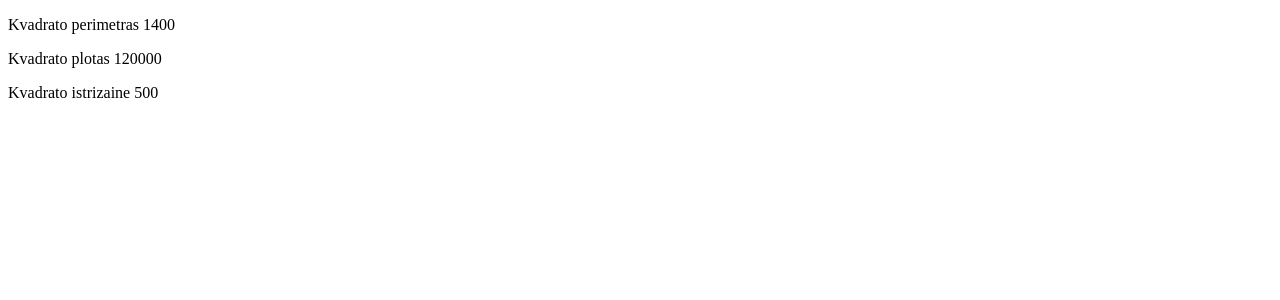
Repository: motiejus1/10-paskaita-JS
Page: index.html
These files come from the project's save history. The page is drawn as it stood at one moment and after a run of saves; the edit follows.
The browser window is 1280 px wide. The pictures show the whole page.

Above is the page before, as saved 2021-06-22 11:33:38.

### index.html
<!DOCTYPE html>
<html lang="en">
<head>
    <meta charset="UTF-8">
    <meta http-equiv="X-UA-Compatible" content="IE=edge">
    <meta name="viewport" content="width=device-width, initial-scale=1.0">
    <title>10 paskaita</title>

    <style>
        .container div:nth-child(even) {
            background-color: blue;
        }

        .keturkampis {
            /* width: 300px; */
            /* height: 400px; */
            background-color: red;
        }




    </style>


</head>
<body>

    <div class="container">

    </div>

    <p id="kvadrato-perimetras"></p>
    <p id="kvadrato-plotas"></p>
    <p id="kvadrato-istrizaine"></p>

    <div class="keturkampis">

    </div>




    <script src="script.js"></script>
    <script src="script1.js"></script>
</body>
</html>

### script.js
"use strict";

// 2. Susikurti objektų masyvą:
// * Masyve 100 objekto elementų.
// * Objekto vidiniai kintamieji: id, vardas.
// * Vardas reikšmė = vardas1,vardas2 ir t.t.
// * Id reikšmė = 1, 2 ir t.t.


// Papildomai:
// Pagal sukurtą obejktų masyvą, sukurti tiek pat div elementų, kuriuose išvedamas id ir vardas. Kas antras div - mėlynas.

let masyvas = [];

for (let i=0; i<100; i++) {
    let objektas = {
        id: i+1,
        vardas: "vardas"+(i+1)
    };
    masyvas[i]=objektas; // i => objekta

    // let div = document.createElement("div");
    // div.innerHTML = objektas.id + " " + objektas.vardas;
    // document.querySelector(".container").appendChild(div);

    // console.log(Object.keys(objektas));
}

console.log(masyvas);

### script1.js
"use script";

// 3. Susikurti objektą "Keturkampis".
// Objektas turi priimti du kintamuosius: a ir b kraštines.
// Sukurti du metodus, kurie skaičiuoja kvadrato plotą, perimetrą, įstrižainės ilgį.
// Informaciją išvesti į <p> žymę.

// Papildoma: a ir b kintamieji apibrežia kvadratą pikseliais. Pagal įvestas reikšmes į input, HTML nubraižomas kvadrato objektas.

let kvadratas = {
    a: 300,
    b: 400,

    plotasPerimetras: function() {

        let plotas;
        let perimetras;

        plotas = this.a * this.b;
        perimetras= 2 * this.a + 2 * this.b;

        return [plotas, perimetras]
    },

    istrizaine: function() {
        let ilgis;
        ilgis = Math.sqrt(this.a * this.a + this.b * this.b );
        return ilgis;
    },

};

console.log('-------------------------------------------------');
console.log(kvadratas.plotasPerimetras());
console.log(kvadratas.istrizaine());

document.getElementById("kvadrato-perimetras").innerText = "Kvadrato perimetras " +  kvadratas.plotasPerimetras()[1];
document.getElementById("kvadrato-plotas").innerText ="Kvadrato plotas " + kvadratas.plotasPerimetras()[0];
document.getElementById("kvadrato-istrizaine").innerText = "Kvadrato istrizaine " + kvadratas.istrizaine();

After the next 2 saves:
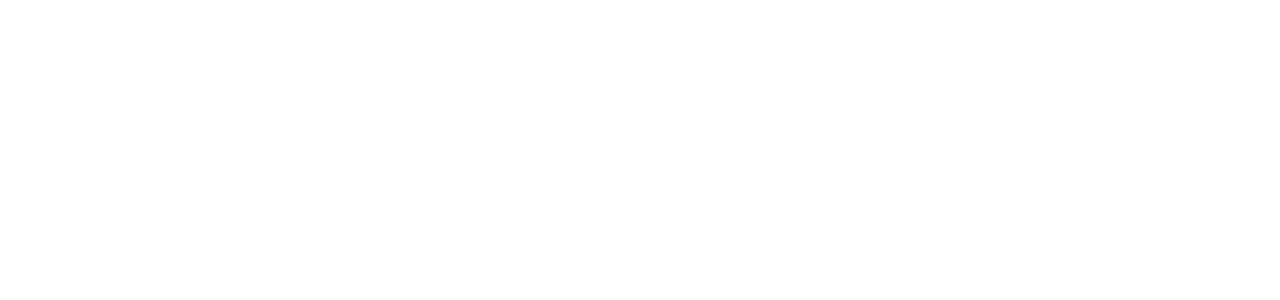
Console error: ReferenceError: nubrezk is not defined
The 2 saves are shown as one change because they came seconds apart.
The last was saved 12 s later.
--- a/script1.js
+++ b/script1.js
@@ -28,6 +28,8 @@
         return ilgis;
     },
 
+    nubrezk
+
 };
 
 console.log('-------------------------------------------------');

After the save that followed:
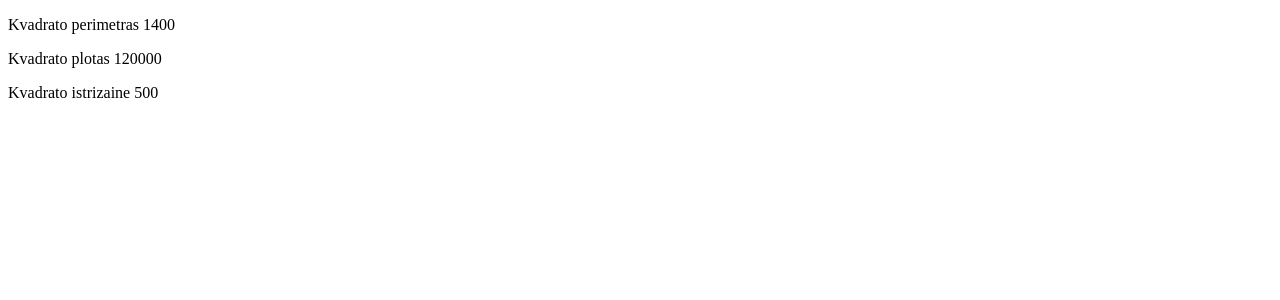
The error is gone.
Saved 11 s later.
--- a/script1.js
+++ b/script1.js
@@ -28,7 +28,11 @@
         return ilgis;
     },
 
-    nubrezk
+    nubrezk: function() {
+        let elementas = document.querySelector(".keturkampis");
+elementas.style.width = "400px";
+elementas.style.height = "400px";
+    }
 
 };
 
